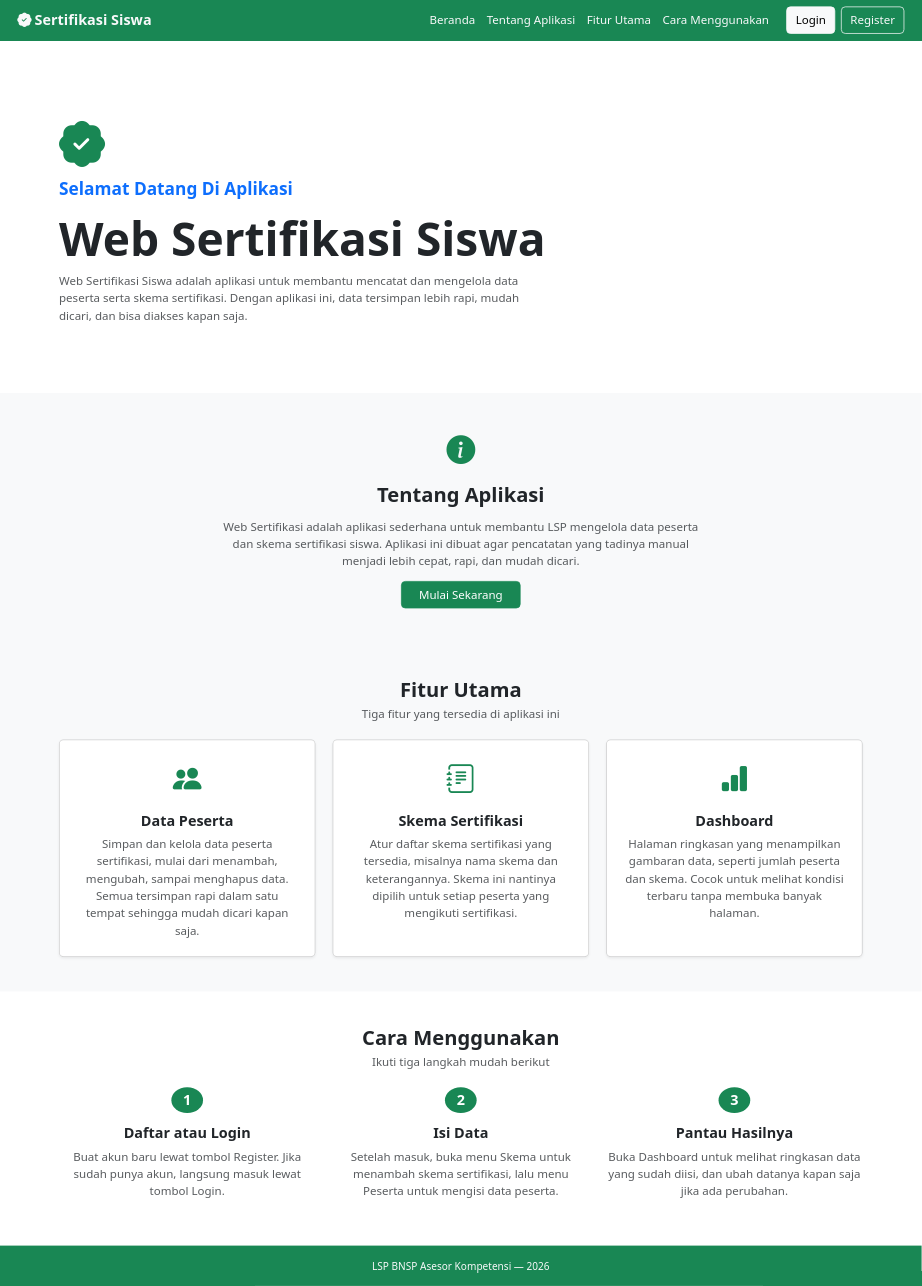
Repository: Zaki-Blip/USK_Project
Page: http://localhost/
These files come from the project's save history. The page is drawn as it stood at one moment and after the next save; the edit follows.
The browser window is 1280 px wide. The pictures show the whole page, at 72% of full size.
The page is served by the project's Laravel application, run on PHP 8.4 with Laravel 12.

Above is the page before, as saved 2026-10-13 06:19:58.

After the next save:
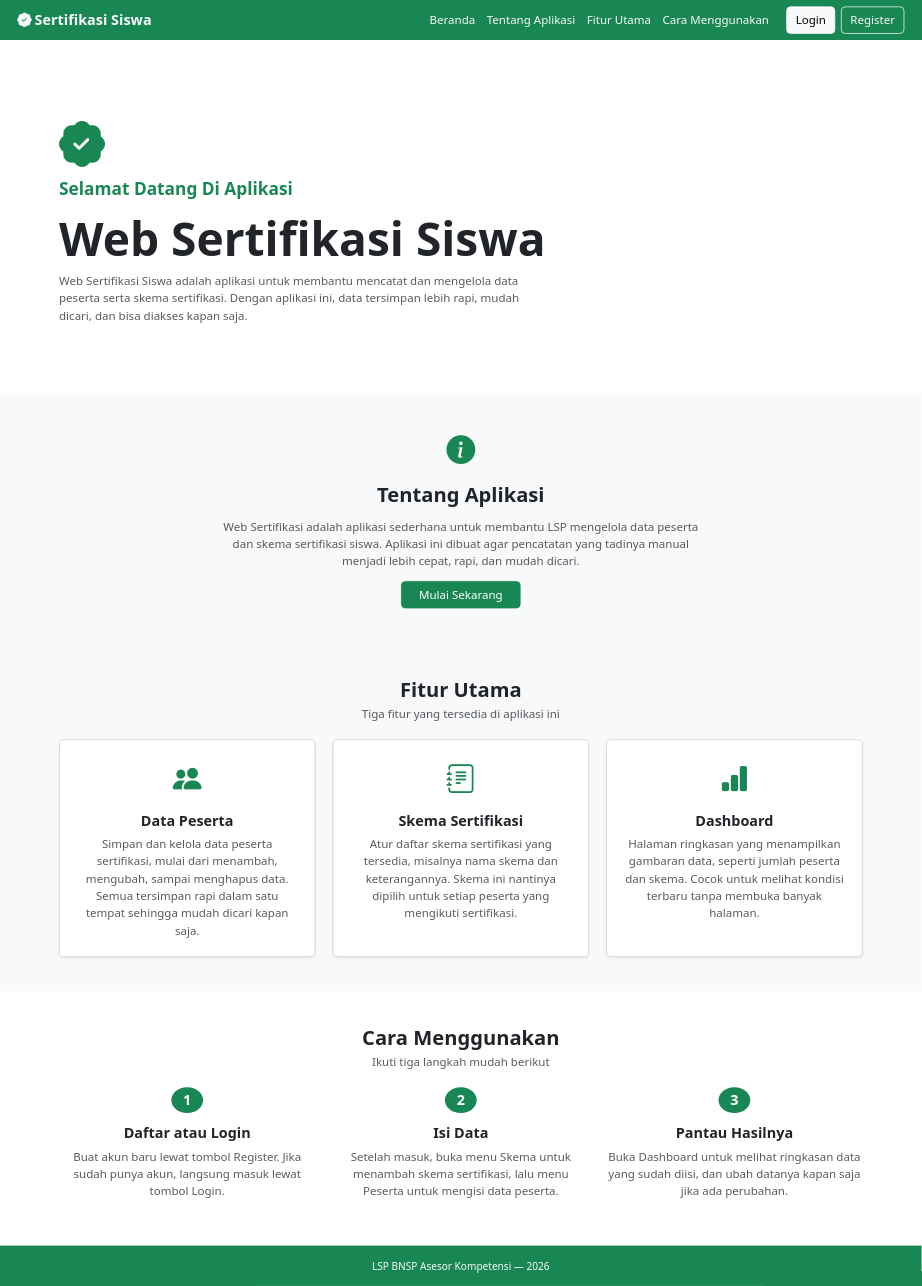
Saved 7 s later.
--- a/resources/views/halamanAwal.blade.php
+++ b/resources/views/halamanAwal.blade.php
@@ -41,7 +41,7 @@
 <section id="beranda" class="container text-start py-5">
     <div class="py-5">
         <i class="bi bi-patch-check-fill text-success" style="font-size: 4rem;"></i>
-        <h4 class="text-primary fw-bold">Selamat Datang Di Aplikasi</h4>
+        <h4 class="text-success fw-bold">Selamat Datang Di Aplikasi</h4>
         <h1 class="display-3 fw-bold mt-3">Web Sertifikasi Siswa</h1>
         <p class="text-muted mb-0" style="max-width: 650px;">
             Web Sertifikasi Siswa adalah aplikasi untuk membantu mencatat dan mengelola
